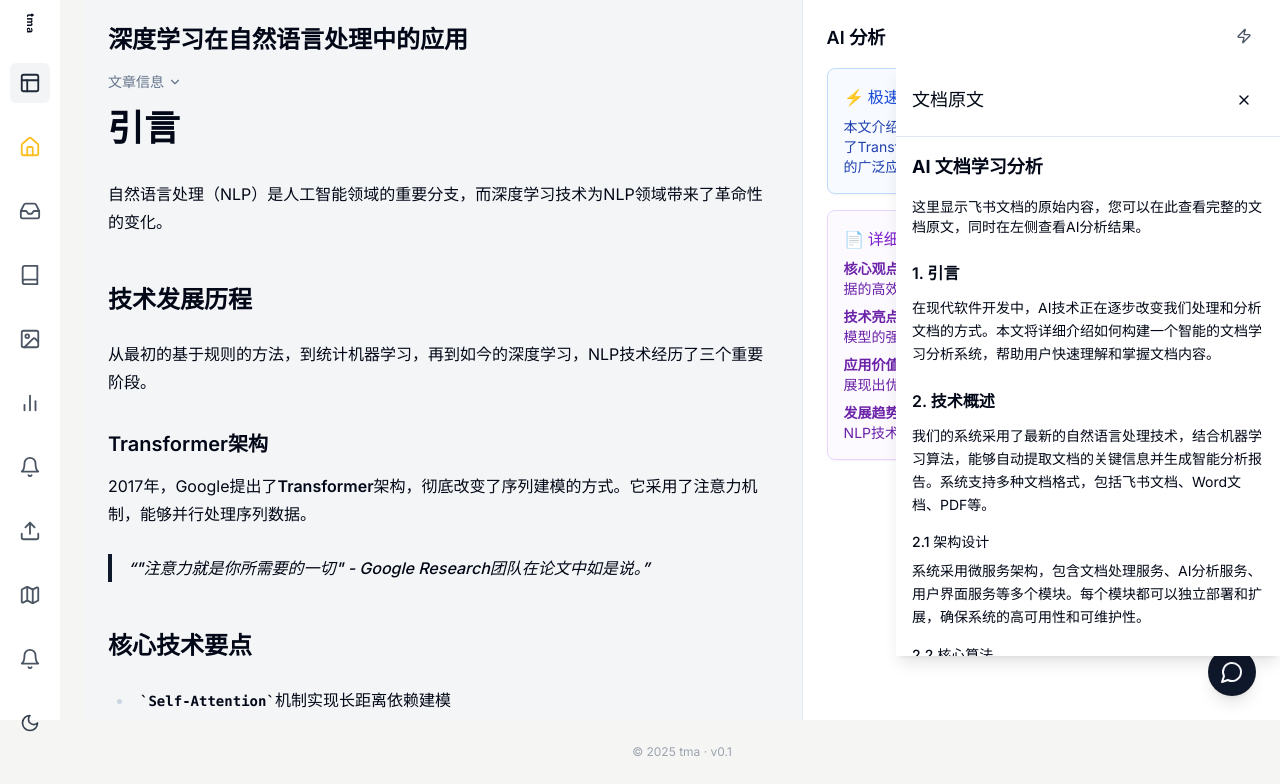
Repository: huzi7555/zsk888
Page: /demo, after clicking the first element matching `button.fixed`
The author's editor kept a copy of each file at every save. The page is drawn from the files as they stood at one save, then again after the next save.
The browser window is 1280 px wide. The pictures show the whole page.
An inner scrolling area shows only its first screen. The project was rebuilt for these pictures with package versions that can differ from the ones it lists, and the page was loaded fresh each time. The framework's server and built-in components were replaced by stand-ins that run in the browser. Also part of the build but not shown: next.config.mjs, app/components/RichEditor.tsx, app/components/SourceSelector.tsx, app/components/TagChip.tsx, app/store.ts, app/utils/aiFake.ts, app/utils/docParsers.ts, components/ui/input.tsx and 2 more.

Above is the page before, as saved 2025-06-11 10:47:01.

### app/layout.tsx
import "@/app/globals.css"
import type { ReactNode } from "react"
import { ThemeProvider } from "@/components/theme-provider"
import type { Metadata } from "next"
import { Inter as FontSans } from "next/font/google"
import { cn } from "@/lib/utils"
import LayoutShell from "@/app/components/LayoutShell"

const fontSans = FontSans({
  subsets: ["latin"],
  variable: "--font-sans",
})

export const metadata: Metadata = {
  title: "Taskmaster AI",
  description: "Your intelligent task management assistant.",
}

export default function RootLayout({ children }: { children: ReactNode }) {
  return (
    <html lang="en" suppressHydrationWarning>
      <head />
      <body
        className={cn(
          "min-h-screen bg-stone-100 font-sans antialiased dark:bg-stone-950",
          fontSans.variable
        )}
      >
        <ThemeProvider attribute="class" defaultTheme="system" enableSystem disableTransitionOnChange>
          <LayoutShell>{children}</LayoutShell>
        </ThemeProvider>
      </body>
    </html>
  )
}

### app/demo/page.tsx
import ArticleAnalysisLayout from "@/components/ArticleAnalysisLayout";

export default function DemoPage() {
  const mockArticle = {
    title: "深度学习在自然语言处理中的应用",
    content: `
      <h1>引言</h1>
      <p>自然语言处理（NLP）是人工智能领域的重要分支，而深度学习技术为NLP领域带来了革命性的变化。</p>

      <h2>技术发展历程</h2>
      <p>从最初的基于规则的方法，到统计机器学习，再到如今的深度学习，NLP技术经历了三个重要阶段。</p>

      <h3>Transformer架构</h3>
      <p>2017年，Google提出了<strong>Transformer</strong>架构，彻底改变了序列建模的方式。它采用了注意力机制，能够并行处理序列数据。</p>

      <blockquote>
        <p>"注意力就是你所需要的一切" - Google Research团队在论文中如是说。</p>
      </blockquote>

      <h2>核心技术要点</h2>
      <ul>
        <li><code>Self-Attention</code>机制实现长距离依赖建模</li>
        <li>多头注意力提升模型表达能力</li>
        <li>位置编码处理序列位置信息</li>
        <li>残差连接和层归一化确保训练稳定性</li>
      </ul>

      <h2>应用场景</h2>
      <p>深度学习在NLP中的应用非常广泛：</p>
      <ol>
        <li>机器翻译系统</li>
        <li>文本摘要生成</li>
        <li>对话系统与聊天机器人</li>
        <li>情感分析与文本分类</li>
      </ol>

      <h2>未来展望</h2>
      <p>随着大型语言模型的不断发展，我们期待看到更多创新的应用场景。从GPT系列到最新的多模态模型，技术发展日新月异。</p>
    `,
    meta: (
      <div className="space-y-2">
        <div><strong>作者:</strong> AI研究团队</div>
        <div><strong>发布时间:</strong> 2024年1月15日</div>
        <div><strong>字数:</strong> 约 1,200 字</div>
        <div><strong>标签:</strong> 深度学习, NLP, Transformer, AI</div>
        <div><strong>来源:</strong> 技术博客</div>
      </div>
    )
  };

  const mockAnalysis = {
    speedy: (
      <div>
        <h4 className="font-medium text-blue-700 mb-2">⚡ 极速摘要</h4>
        <p className="text-sm text-blue-800">
          本文介绍了深度学习在自然语言处理中的革命性应用，重点阐述了Transformer架构的重要性及其在机器翻译、文本摘要等领域的广泛应用前景。
        </p>
      </div>
    ),
    detail: (
      <div>
        <h4 className="font-medium text-purple-700 mb-2">📄 详细分析</h4>
        <div className="text-sm text-purple-800 space-y-2">
          <p><strong>核心观点:</strong> Transformer架构通过自注意力机制实现了对序列数据的高效并行处理。</p>
          <p><strong>技术亮点:</strong> 多头注意力、位置编码、残差连接等关键技术确保了模型的强大表达能力。</p>
          <p><strong>应用价值:</strong> 在机器翻译、对话系统、文本分类等多个NLP任务中展现出优异性能。</p>
          <p><strong>发展趋势:</strong> 从GPT到多模态模型，大型语言模型正在不断推动NLP技术边界。</p>
        </div>
      </div>
    )
  };

  return (
    <div className="h-screen">
      <ArticleAnalysisLayout
        article={mockArticle}
        analysis={mockAnalysis}
      />
    </div>
  );
}

### app/components/LayoutShell.tsx
"use client"
import { useState, type ReactNode } from "react"
import { LayoutPanelLeft } from "lucide-react"
import SideBar from "@/app/components/SideBar"
import { SiteFooter } from "@/app/components/SiteFooter"
import AppHeader from "@/app/components/AppHeader"
export default function LayoutShell({ children }: { children: ReactNode }) {
  const [collapsed, setCollapsed] = useState(false)

  const toggleCollapsed = () => setCollapsed(!collapsed)

  return (
    <>
      {/* SideBar with toggle function passed */}
      <SideBar collapsed={collapsed} toggleCollapsed={toggleCollapsed} />

      {/* AppHeader with quick upload button */}
      <AppHeader />

      {/* Collapsed state toggle button - only visible when sidebar is collapsed */}
      {collapsed && (
        <button
          onClick={toggleCollapsed}
          aria-label="Expand sidebar"
          className="fixed top-4 left-4 z-40 w-10 h-10 rounded-md bg-white shadow-sm transition
                   text-gray-800 hover:text-gray-900
                   flex items-center justify-center"
        >
          <LayoutPanelLeft size={22} />
        </button>
      )}

      {/* Content */}
      <div className={`min-h-screen flex flex-col transition-all duration-300 ${collapsed ? "pl-6" : "pl-[84px]"}`}>
        <main className="flex-1">{children}</main>
        <SiteFooter />
      </div>


    </>
  )
}

### app/components/SiteFooter.tsx
"use client"

export function SiteFooter() {
  return <footer className="w-full py-6 text-center text-xs text-gray-400">© 2025&nbsp;tma&nbsp;·&nbsp;v0.1</footer>
}

### app/components/AppHeader.tsx
"use client"
import QuickUploadTrigger from "@/app/components/QuickUploadTrigger"

export default function AppHeader() {
  return (
    <header className="fixed top-0 right-0 z-40 p-4">
      <QuickUploadTrigger />
    </header>
  )
}

### components/ui/card.tsx
import * as React from "react"

import { cn } from "@/lib/utils"

const Card = React.forwardRef<
  HTMLDivElement,
  React.HTMLAttributes<HTMLDivElement>
>(({ className, ...props }, ref) => (
  <div
    ref={ref}
    className={cn(
      "rounded-lg border bg-card text-card-foreground shadow-sm",
      className
    )}
    {...props}
  />
))
Card.displayName = "Card"

const CardHeader = React.forwardRef<
  HTMLDivElement,
  React.HTMLAttributes<HTMLDivElement>
>(({ className, ...props }, ref) => (
  <div
    ref={ref}
    className={cn("flex flex-col space-y-1.5 p-6", className)}
    {...props}
  />
))
CardHeader.displayName = "CardHeader"

const CardTitle = React.forwardRef<
  HTMLDivElement,
  React.HTMLAttributes<HTMLDivElement>
>(({ className, ...props }, ref) => (
  <div
    ref={ref}
    className={cn(
      "text-2xl font-semibold leading-none tracking-tight",
      className
    )}
    {...props}
  />
))
CardTitle.displayName = "CardTitle"

const CardDescription = React.forwardRef<
  HTMLDivElement,
  React.HTMLAttributes<HTMLDivElement>
>(({ className, ...props }, ref) => (
  <div
    ref={ref}
    className={cn("text-sm text-muted-foreground", className)}
    {...props}
  />
))
CardDescription.displayName = "CardDescription"

const CardContent = React.forwardRef<
  HTMLDivElement,
  React.HTMLAttributes<HTMLDivElement>
>(({ className, ...props }, ref) => (
  <div ref={ref} className={cn("p-6 pt-0", className)} {...props} />
))
CardContent.displayName = "CardContent"

const CardFooter = React.forwardRef<
  HTMLDivElement,
  React.HTMLAttributes<HTMLDivElement>
>(({ className, ...props }, ref) => (
  <div
    ref={ref}
    className={cn("flex items-center p-6 pt-0", className)}
    {...props}
  />
))
CardFooter.displayName = "CardFooter"

export { Card, CardHeader, CardFooter, CardTitle, CardDescription, CardContent }

### components/ui/button.tsx
import * as React from "react"
import { Slot } from "@radix-ui/react-slot"
import { cva, type VariantProps } from "class-variance-authority"

import { cn } from "@/lib/utils"

const buttonVariants = cva(
  "inline-flex items-center justify-center gap-2 whitespace-nowrap rounded-md text-sm font-medium ring-offset-background transition-colors focus-visible:outline-none disabled:pointer-events-none disabled:opacity-50 [&_svg]:pointer-events-none [&_svg]:size-4 [&_svg]:shrink-0",
  {
    variants: {
      variant: {
        default: "bg-primary text-primary-foreground hover:bg-primary/90",
        destructive: "bg-destructive text-destructive-foreground hover:bg-destructive/90",
        outline: "border border-input bg-background hover:bg-accent hover:text-accent-foreground",
        secondary: "bg-secondary text-secondary-foreground hover:bg-secondary/80",
        ghost: "hover:bg-accent hover:text-accent-foreground",
        link: "text-primary underline-offset-4 hover:underline",
      },
      size: {
        default: "h-10 px-4 py-2",
        sm: "h-9 rounded-md px-3",
        lg: "h-11 rounded-md px-8",
        icon: "h-10 w-10",
      },
    },
    defaultVariants: {
      variant: "default",
      size: "default",
    },
  },
)

export interface ButtonProps
  extends React.ButtonHTMLAttributes<HTMLButtonElement>,
    VariantProps<typeof buttonVariants> {
  asChild?: boolean
}

const Button = React.forwardRef<HTMLButtonElement, ButtonProps>(
  ({ className, variant, size, asChild = false, type = "button", ...props }, ref) => {
    const Comp = asChild ? Slot : "button"
    return <Comp className={cn(buttonVariants({ variant, size, className }))} ref={ref} type={type} {...props} />
  },
)
Button.displayName = "Button"

export { Button, buttonVariants }

### components/ChatDrawer.tsx
"use client";

import { AnimatePresence, motion } from "framer-motion";
import { X } from "lucide-react";
import { Button } from "@/components/ui/button";

interface ChatDrawerProps {
  open: boolean;
  onClose: () => void;
}

/**
 * 右侧抽屉
 * ------------------------------------------------------------------
 * ✧ 固定在 viewport 右侧（`right-0`）\
 * ✧ 宽度：移动端占满宽度；≥ 768 px 时固定 384 px（`w-full md:w-96`）\
 * ✧ framer-motion 进入 / 退出动画\
 * ------------------------------------------------------------------
 */
export default function ChatDrawer({ open, onClose }: ChatDrawerProps) {
  return (
    <AnimatePresence>
      {open && (
        <motion.div
          key="chat-drawer"
          initial={{ x: "100%" }}
          animate={{ x: 0 }}
          exit={{ x: "100%" }}
          transition={{ type: "tween", duration: 0.25 }}
          className="fixed top-16 bottom-16 right-0 z-50 w-full md:w-96 shadow-lg bg-background flex flex-col outline-none"
        >
          {/* —— 顶部栏 —— */}
          <div className="flex items-center justify-between p-4 border-b">
            <h2 className="font-medium text-lg">文档原文</h2>
            <Button
              onClick={onClose}
              variant="ghost"
              size="icon"
              aria-label="关闭"
            >
              <X className="h-5 w-5" />
            </Button>
          </div>

          {/* —— 内容区域 —— */}
          <div className="flex-1 overflow-y-auto p-4 space-y-3">
            <div className="prose prose-sm max-w-none">
              <h1 className="text-lg font-bold mb-4">AI 文档学习分析</h1>
              <p className="text-gray-600 text-sm mb-4">
                这里显示飞书文档的原始内容，您可以在此查看完整的文档原文，同时在左侧查看AI分析结果。
              </p>

              <h2 className="text-base font-semibold mt-6 mb-3">1. 引言</h2>
              <p className="text-gray-700 text-sm mb-4 leading-relaxed">
                在现代软件开发中，AI技术正在逐步改变我们处理和分析文档的方式。本文将详细介绍如何构建一个智能的文档学习分析系统，帮助用户快速理解和掌握文档内容。
              </p>

              <h2 className="text-base font-semibold mt-6 mb-3">2. 技术概述</h2>
              <p className="text-gray-700 text-sm mb-4 leading-relaxed">
                我们的系统采用了最新的自然语言处理技术，结合机器学习算法，能够自动提取文档的关键信息并生成智能分析报告。系统支持多种文档格式，包括飞书文档、Word文档、PDF等。
              </p>

              <h3 className="text-sm font-medium mt-4 mb-2">2.1 架构设计</h3>
              <p className="text-gray-700 text-sm mb-3 leading-relaxed">
                系统采用微服务架构，包含文档处理服务、AI分析服务、用户界面服务等多个模块。每个模块都可以独立部署和扩展，确保系统的高可用性和可维护性。
              </p>

              <h3 className="text-sm font-medium mt-4 mb-2">2.2 核心算法</h3>
              <p className="text-gray-700 text-sm mb-3 leading-relaxed">
                基于Transformer架构的深度学习模型，能够理解文档的语义结构并提取关键信息。我们使用了预训练的大语言模型，并针对中文文档进行了专门的优化。
              </p>

              <h2 className="text-base font-semibold mt-6 mb-3">3. 实现细节</h2>
              <p className="text-gray-700 text-sm mb-4 leading-relaxed">
                详细的实现包括数据预处理、模型训练、推理优化等多个步骤。我们特别关注了中文文本的特殊处理，包括分词、实体识别、关系提取等。
              </p>

              <h3 className="text-sm font-medium mt-4 mb-2">3.1 数据预处理</h3>
              <p className="text-gray-700 text-sm mb-3 leading-relaxed">
                文档首先经过格式化处理，去除无关的格式信息，保留核心文本内容。然后进行分段、分句等预处理步骤。
              </p>

              <h3 className="text-sm font-medium mt-4 mb-2">3.2 特征提取</h3>
              <p className="text-gray-700 text-sm mb-3 leading-relaxed">
                使用预训练模型提取文本的语义特征，生成高维向量表示，为后续的分析和理解提供基础。
              </p>

              <h2 className="text-base font-semibold mt-6 mb-3">4. 功能特性</h2>
              <ul className="text-gray-700 text-sm space-y-2 mb-4">
                <li>• 智能摘要生成：自动提取文档关键信息</li>
                <li>• 结构化分析：识别文档的层次结构</li>
                <li>• 关键词提取：自动标记重要概念</li>
                <li>• 问答系统：基于文档内容的智能问答</li>
              </ul>

              <h2 className="text-base font-semibold mt-6 mb-3">5. 总结</h2>
              <p className="text-gray-700 text-sm mb-4 leading-relaxed">
                通过本系统，用户可以快速获得文档的核心内容和智能分析，大大提高了学习和工作效率。未来我们将继续优化算法，提升分析的准确性和实用性。
              </p>
            </div>
          </div>
        </motion.div>
      )}
    </AnimatePresence>
  );
}

### components/FoldableMeta.tsx
"use client";

import { useState } from "react";
import { ChevronDown, ChevronUp } from "lucide-react";

export default function FoldableMeta({ children }: { children: React.ReactNode }) {
  const [open, setOpen] = useState(false);

  return (
    <div className="mb-4">
      <button
        onClick={() => setOpen(!open)}
        className="flex items-center gap-1 text-sm text-muted-foreground hover:text-foreground transition-colors"
      >
        文章信息 {open ? <ChevronUp size={14} /> : <ChevronDown size={14} />}
      </button>
      {open && (
        <div className="mt-2 text-sm text-muted-foreground bg-muted/30 rounded-lg p-3 border">
          {children}
        </div>
      )}
    </div>
  );
}

### app/components/QuickUploadTrigger.tsx
"use client"
import * as Dialog from "@radix-ui/react-dialog"
import { useRef } from "react"
import { Zap } from "lucide-react"
import { Button } from "@/components/ui/button"
import UploadFormContent from "@/app/components/UploadFormContent"

export default function QuickUploadTrigger() {
  const formRef = useRef<{ submit: () => void } | null>(null)

  return (
    <Dialog.Root>
      <Dialog.Trigger asChild>
        <Button
          variant="ghost"
          size="icon"
          className="text-gray-600 hover:text-gray-800 transition-colors dark:text-gray-400 dark:hover:text-white"
          title="快速上传"
        >
          <Zap size={20} />
        </Button>
      </Dialog.Trigger>
      <Dialog.Portal>
        <Dialog.Content
          className="fixed right-0 top-0 h-full w-[480px] flex flex-col
                                  bg-white dark:bg-[#333] shadow z-50" // z-50 retained
        >
          <div className="flex-1 overflow-y-auto p-6">
            <UploadFormContent ref={formRef} showFooter={false} />
          </div>

          {/* 统一的确认条（只有这一条） */}
          <div
            className="h-16 shrink-0 flex items-center justify-end gap-4 px-6 border-t
                          bg-white/90 dark:bg-[#222]/90 backdrop-blur"
          >
            <Dialog.Close asChild>
              <Button variant="ghost" className="text-gray-600 hover:text-black dark:text-gray-300">
                取消
              </Button>
            </Dialog.Close>

            {/* 用 Dialog.Close 包裹确认按钮，提交后自动关闭 */}
            <Dialog.Close asChild>
              <Button variant="default" onClick={() => formRef.current?.submit()}>
                确认上传
              </Button>
            </Dialog.Close>
          </div>
        </Dialog.Content>
      </Dialog.Portal>
    </Dialog.Root>
  )
}

### tailwind.config.ts
import type { Config } from "tailwindcss"
import { fontFamily } from "tailwindcss/defaultTheme"

const config = {
  darkMode: ["class"],
  content: [
    './app/**/*.{js,ts,jsx,tsx,mdx}',
    './components/**/*.{js,ts,jsx,tsx,mdx}',
  ],
  prefix: "",
  theme: {
    container: {
      center: true,
      padding: "2rem",
      screens: {
        "2xl": "1400px",
      },
    },
    extend: {
      fontFamily: {
        sans: ["var(--font-sans)", ...fontFamily.sans],
      },
      colors: {
        border: "hsl(var(--border))",
        input: "hsl(var(--input))",
        ring: "hsl(var(--ring))",
        background: "hsl(var(--background))",
        foreground: "hsl(var(--foreground))",
        primary: {
          DEFAULT: "hsl(var(--primary))",
          foreground: "hsl(var(--primary-foreground))",
        },
        secondary: {
          DEFAULT: "hsl(var(--secondary))",
          foreground: "hsl(var(--secondary-foreground))",
        },
        destructive: {
          DEFAULT: "hsl(var(--destructive))",
          foreground: "hsl(var(--destructive-foreground))",
        },
        muted: {
          DEFAULT: "hsl(var(--muted))",
          foreground: "hsl(var(--muted-foreground))",
        },
        accent: {
          DEFAULT: "hsl(var(--accent))",
          foreground: "hsl(var(--accent-foreground))",
        },
        popover: {
          DEFAULT: "hsl(var(--popover))",
          foreground: "hsl(var(--popover-foreground))",
        },
        card: {
          DEFAULT: "hsl(var(--card))",
          foreground: "hsl(var(--card-foreground))",
        },
      },
      borderRadius: {
        lg: "var(--radius)",
        md: "calc(var(--radius) - 2px)",
        sm: "calc(var(--radius) - 4px)",
      },
      keyframes: {
        "accordion-down": {
          from: { height: "0" },
          to: { height: "var(--radix-accordion-content-height)" },
        },
        "accordion-up": {
          from: { height: "var(--radix-accordion-content-height)" },
          to: { height: "0" },
        },
      },
      animation: {
        "accordion-down": "accordion-down 0.2s ease-out",
        "accordion-up": "accordion-up 0.2s ease-out",
      },
      transitionProperty: {
        'width': 'width',
        'width-height': 'width, height',
      },
    },
  },
  plugins: [require("tailwindcss-animate"), require("@tailwindcss/typography")],
} satisfies Config

export default config

Loaded but not shown: components/theme-provider.tsx (common file); lib/utils.ts (common file); components/ArticleAnalysisLayout.tsx (323 lines, source omitted); app/components/SideBar.tsx (137 lines, source omitted); app/globals.css (161 lines, source omitted)

After the next save:
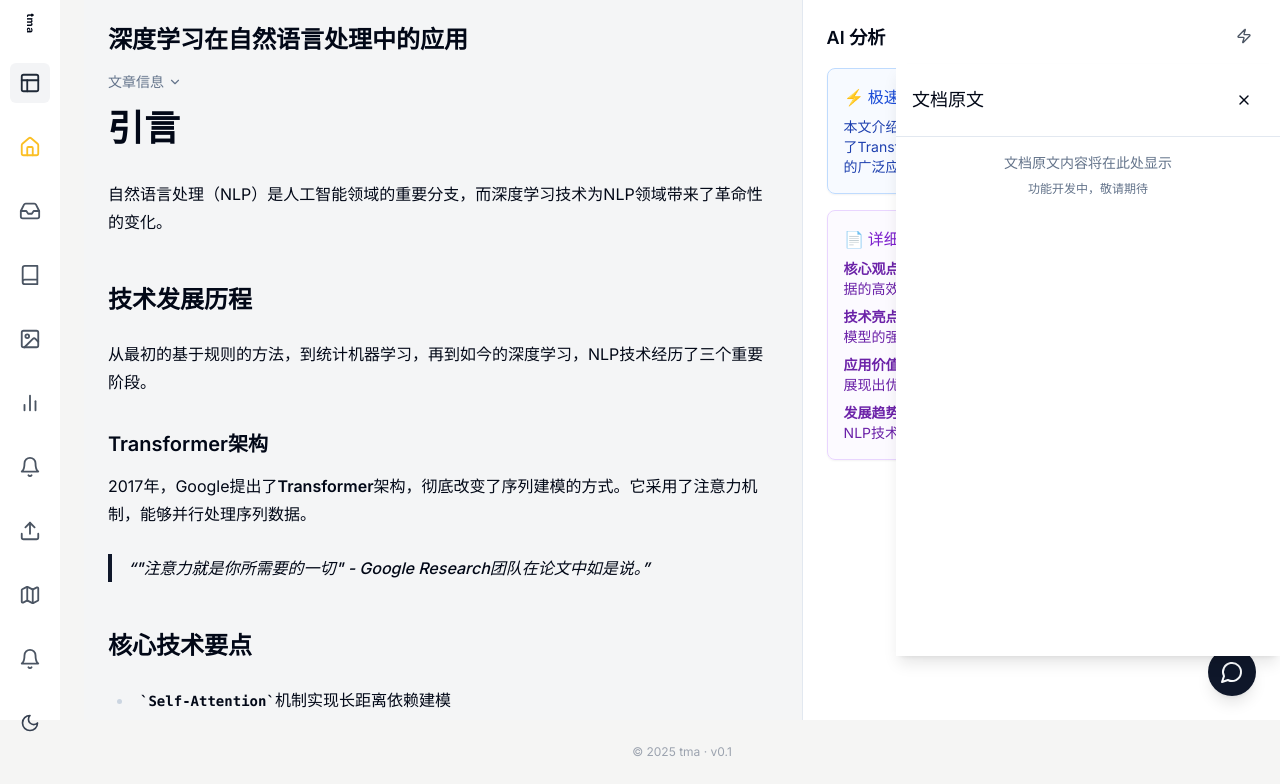
Saved 4 min 23 s later.
--- a/components/ChatDrawer.tsx
+++ b/components/ChatDrawer.tsx
@@ -43,60 +43,10 @@ export default function ChatDrawer({ open, onClose }: ChatDrawerProps) {
           </div>
 
           {/* —— 内容区域 —— */}
-          <div className="flex-1 overflow-y-auto p-4 space-y-3">
-            <div className="prose prose-sm max-w-none">
-              <h1 className="text-lg font-bold mb-4">AI 文档学习分析</h1>
-              <p className="text-gray-600 text-sm mb-4">
-                这里显示飞书文档的原始内容，您可以在此查看完整的文档原文，同时在左侧查看AI分析结果。
-              </p>
-
-              <h2 className="text-base font-semibold mt-6 mb-3">1. 引言</h2>
-              <p className="text-gray-700 text-sm mb-4 leading-relaxed">
-                在现代软件开发中，AI技术正在逐步改变我们处理和分析文档的方式。本文将详细介绍如何构建一个智能的文档学习分析系统，帮助用户快速理解和掌握文档内容。
-              </p>
-
-              <h2 className="text-base font-semibold mt-6 mb-3">2. 技术概述</h2>
-              <p className="text-gray-700 text-sm mb-4 leading-relaxed">
-                我们的系统采用了最新的自然语言处理技术，结合机器学习算法，能够自动提取文档的关键信息并生成智能分析报告。系统支持多种文档格式，包括飞书文档、Word文档、PDF等。
-              </p>
-
-              <h3 className="text-sm font-medium mt-4 mb-2">2.1 架构设计</h3>
-              <p className="text-gray-700 text-sm mb-3 leading-relaxed">
-                系统采用微服务架构，包含文档处理服务、AI分析服务、用户界面服务等多个模块。每个模块都可以独立部署和扩展，确保系统的高可用性和可维护性。
-              </p>
-
-              <h3 className="text-sm font-medium mt-4 mb-2">2.2 核心算法</h3>
-              <p className="text-gray-700 text-sm mb-3 leading-relaxed">
-                基于Transformer架构的深度学习模型，能够理解文档的语义结构并提取关键信息。我们使用了预训练的大语言模型，并针对中文文档进行了专门的优化。
-              </p>
-
-              <h2 className="text-base font-semibold mt-6 mb-3">3. 实现细节</h2>
-              <p className="text-gray-700 text-sm mb-4 leading-relaxed">
-                详细的实现包括数据预处理、模型训练、推理优化等多个步骤。我们特别关注了中文文本的特殊处理，包括分词、实体识别、关系提取等。
-              </p>
-
-              <h3 className="text-sm font-medium mt-4 mb-2">3.1 数据预处理</h3>
-              <p className="text-gray-700 text-sm mb-3 leading-relaxed">
-                文档首先经过格式化处理，去除无关的格式信息，保留核心文本内容。然后进行分段、分句等预处理步骤。
-              </p>
-
-              <h3 className="text-sm font-medium mt-4 mb-2">3.2 特征提取</h3>
-              <p className="text-gray-700 text-sm mb-3 leading-relaxed">
-                使用预训练模型提取文本的语义特征，生成高维向量表示，为后续的分析和理解提供基础。
-              </p>
-
-              <h2 className="text-base font-semibold mt-6 mb-3">4. 功能特性</h2>
-              <ul className="text-gray-700 text-sm space-y-2 mb-4">
-                <li>• 智能摘要生成：自动提取文档关键信息</li>
-                <li>• 结构化分析：识别文档的层次结构</li>
-                <li>• 关键词提取：自动标记重要概念</li>
-                <li>• 问答系统：基于文档内容的智能问答</li>
-              </ul>
-
-              <h2 className="text-base font-semibold mt-6 mb-3">5. 总结</h2>
-              <p className="text-gray-700 text-sm mb-4 leading-relaxed">
-                通过本系统，用户可以快速获得文档的核心内容和智能分析，大大提高了学习和工作效率。未来我们将继续优化算法，提升分析的准确性和实用性。
-              </p>
+          <div className="flex-1 overflow-y-auto p-4">
+            <div className="text-center text-muted-foreground">
+              <p className="text-sm">文档原文内容将在此处显示</p>
+              <p className="text-xs mt-2">功能开发中，敬请期待</p>
             </div>
           </div>
         </motion.div>
